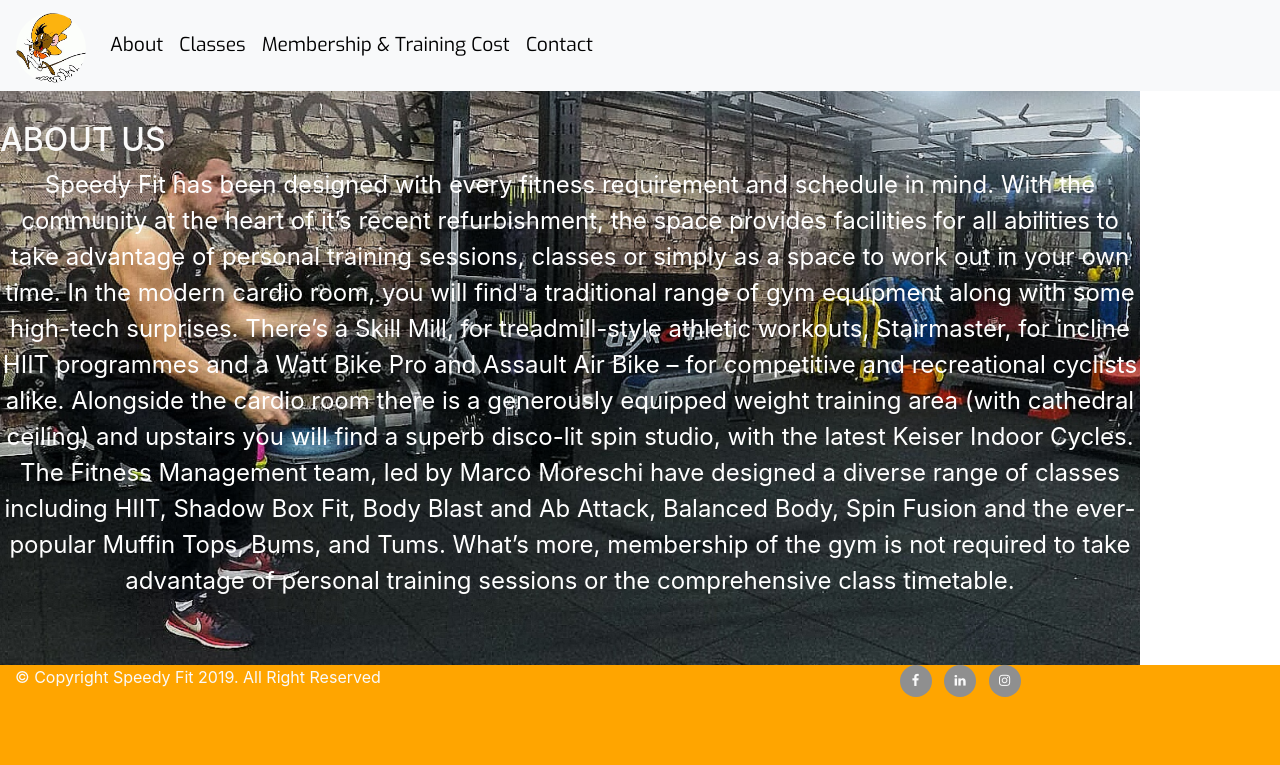
Repository: marcomoreschi/Milestrone-project
Page: index.html
The author's editor kept a record of every edit. The page is drawn from the files as they stood at one moment, then again after the next edit.
The browser window is 1280 px wide. The pictures show the whole page.
Some web libraries are served in a nearby version.

Above is the page before.

### index.html
<!DOCTYPE html>
<html lang="en">

<head>
    <meta charset="UTF-8">
    <meta name="viewport" content="width=device-width, initial-scale=1.0">
    <meta http-equiv="X-UA-Compatible" content="ie=edge">
    <link rel="stylesheet" href="https://maxcdn.bootstrapcdn.com/bootstrap/4.2.1/css/bootstrap.min.css" type="text/css" />
    <link rel="stylesheet" href="https://maxcdn.bootstrapcdn.com/font-awesome/4.7.0/css/font-awesome.min.css" type="text/css" />
    <link rel="stylesheet" href="https://cdnjs.cloudflare.com/ajax/libs/hover.css/2.1.1/css/hover-min.css" type="text/css" />
    <link rel="stylesheet" href="assets/css/style.css">
    <title>Speedy Fit</title>
</head>

<body>

    <header>
        <nav class="navbar navbar-expand-lg navbar-light bg-light">
            <a class="navbar-brand" href="index.html">
      <img src="assets/images/logo.jpg"></img>
        </a>
            <button class="navbar-toggler" type="button" data-toggle="collapse" data-target="#navbarNav" aria-controls="navbarNav" aria-expanded="false" aria-label="Toggle navigation">
    <span class="navbar-toggler-icon"></span>
  </button>
            <div class="collapse navbar-collapse" id="navbarNavDropdown">
                <ul class="navbar-nav">
                    <li class="nav-item active">
                        <a class="nav-link" href="index.html">About<span class="sr-only">(current)</span></a>
                    </li>
                    <li class="nav-item">
                        <a class="nav-link" href="classes.html">Classes</a>
                    </li>
                    <li class="nav-item">
                        <a class="nav-link" href="membership&trainingcost.html">Membership & Training Cost</a>
                    </li>
                    <li class="nav-item">
                        <a class="nav-link" href="contact.html">Contact</a>
                    </li>
                </ul>
            </div>
        </nav>

    </header>

    <section class="container about-us-section">

        <div class="row">

            <h2>About Us</h2>

            <p class "col-sm-> Speedy Fit has been designed with every fitness requirement and schedule in mind. With the community at the heart of it’s recent refurbishment, the space provides facilities for all abilities to take advantage of personal training sessions, classes
            or simply as a space to work out in your own time. In the modern cardio room, you will find a traditional range of gym equipment along with some high-tech surprises. There’s a Skill Mill, for treadmill-style athletic workouts, Stairmaster,
            for incline HIIT programmes and a Watt Bike Pro and Assault Air Bike – for competitive and recreational cyclists alike. Alongside the cardio room there is a generously equipped weight training area (with cathedral ceiling) and upstairs you
            will find a superb disco-lit spin studio, with the latest Keiser Indoor Cycles. The Fitness Management team, led by Marco Moreschi have designed a diverse range of classes including HIIT, Shadow Box Fit, Body Blast and Ab Attack, Balanced
            Body, Spin Fusion and the ever-popular Muffin Tops, Bums, and Tums. What’s more, membership of the gym is not required to take advantage of personal training sessions or the comprehensive class timetable.
            </p>

        </div>

    </section>

    <footer class="container-fluid ">
        <div id="footer-details " class="row ">
            <div class="col-sm-6 ">
                <p class="inline-block ">&#169; Copyright Speedy Fit 2019. All Right Reserved</p>
            </div>
            <div class="col-sm-6 ">
                <ul class="list-inline social-links ">
                    <li class="list-inline-item ">
                        <a target="_blank " href="# ">
                            <i class="fa fa-facebook " aria-hidden="true "></i>
                            <span class="sr-only ">Facebook</span>
                        </a>
                    </li>
                    <li class="list-inline-item ">
                        <a target="_blank " href="# ">
                            <i class="fa fa-linkedin " aria-hidden="true "></i>
                            <span class="sr-only ">LinkedIn</span>
                        </a>
                    </li>
                    <li class="list-inline-item ">
                        <a target="_blank " href="# ">
                            <i class="fa fa-instagram " aria-hidden="true "></i>
                            <span class="sr-only ">Instagram</span>
                        </a>
                    </li>
                </ul>
            </div>
        </div>
    </footer>

</body>

</html>

### assets/css/style.css
@import url('https://fonts.googleapis.com/css?family=Roboto:100,200,300,400,500,600,700|Exo:100,200,300,400,500,600,700');


/* -----------------------------------------Heading */

.navbar {
    margin-bottom: 0;
    border: 0;
    background-color: black;
    text-align: center;
}

.navbar-brand {
    height: 75px;
}

.navbar-brand img {
    width: 70px;
    height: 70px;
    border-radius: 50%;
}

.nav-item a {
    font-size: 1.2em;
    font-family: 'Exo', sans-serif;
    color: black !important;
}

.navbar ul li a:hover {
    color: #ffa500 !important;
    transition: all 0.35s ease-in-out;
    -moz-transition: all 0.35s ease-in-out;
    -webkit-transition: all 0.35s ease-in-out;
    -o-transition: all 0.35s ease-in-out;
}

/* -----------------------------------------About */

.about-us-section {
    margin: 0;
    background-position: center;
    background-size: cover;
    width: 100%;
    height: 100%;
}

.about-us-section {
    background: url("../images/rope.jpg") no-repeat center;
   -webkit-background-size: cover;
   -moz-background-size: cover;
   -o-background-size: cover;
    background-size: cover;
}

.container h2 {
    text-align: center;
    padding-top: 30px;
    color: #fafafa;
    text-transform: uppercase;
}

.container p {
    text-align: center;
    padding-bottom: 50px;
    color: #fff;
    font-size: 1.5em;
}


/* -----------------------------------------Footer */

footer {
    background-color: #ffa500;
    color: #fafafa;
    min-height: 100px;
    max-height: 200px;
    margin: 0;
}

.social-links {
    padding-bottom: 15px;
    text-align: center;
}

.social-links li a i {
    width: 32px;
    height: 32px;
    padding: 12px 0;
    border-radius: 50%;
    font-size: 13px;
    line-height: 7px;
    text-align: center;
    color: #fafafa;
    background: #8f8f8f;
    transition: all 0.35s ease-in-out;
    -moz-transition: all 0.35s ease-in-out;
    -webkit-transition: all 0.35s ease-in-out;
    -o-transition: all 0.35s ease-in-out;
}

.social-links li a i:hover {
    background: #e84610;
}

#footer-details {
    padding: 20px;
    text-align: center;
}

@media(min-width: 992px) {
    .center-form {
        padding-top: 30px;
        min-height: 240px;
        margin: 0 auto;
        max-width: 50%;
    }
}

After the next edit:
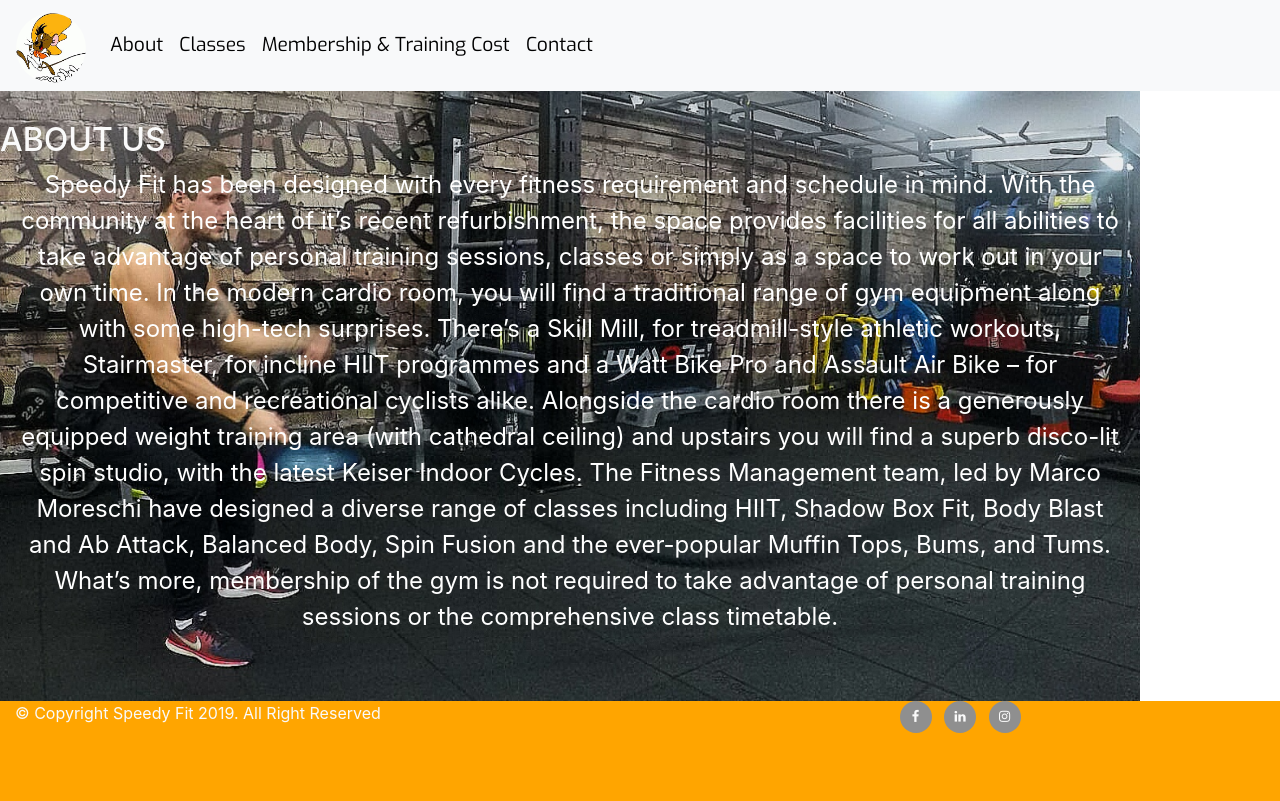
The edit:
--- a/index.html
+++ b/index.html
@@ -48,7 +48,7 @@
 
             <h2>About Us</h2>
 
-            <p class "col-sm-> Speedy Fit has been designed with every fitness requirement and schedule in mind. With the community at the heart of it’s recent refurbishment, the space provides facilities for all abilities to take advantage of personal training sessions, classes
+            <p class=col-sm-12> Speedy Fit has been designed with every fitness requirement and schedule in mind. With the community at the heart of it’s recent refurbishment, the space provides facilities for all abilities to take advantage of personal training sessions, classes
             or simply as a space to work out in your own time. In the modern cardio room, you will find a traditional range of gym equipment along with some high-tech surprises. There’s a Skill Mill, for treadmill-style athletic workouts, Stairmaster,
             for incline HIIT programmes and a Watt Bike Pro and Assault Air Bike – for competitive and recreational cyclists alike. Alongside the cardio room there is a generously equipped weight training area (with cathedral ceiling) and upstairs you
             will find a superb disco-lit spin studio, with the latest Keiser Indoor Cycles. The Fitness Management team, led by Marco Moreschi have designed a diverse range of classes including HIIT, Shadow Box Fit, Body Blast and Ab Attack, Balanced
